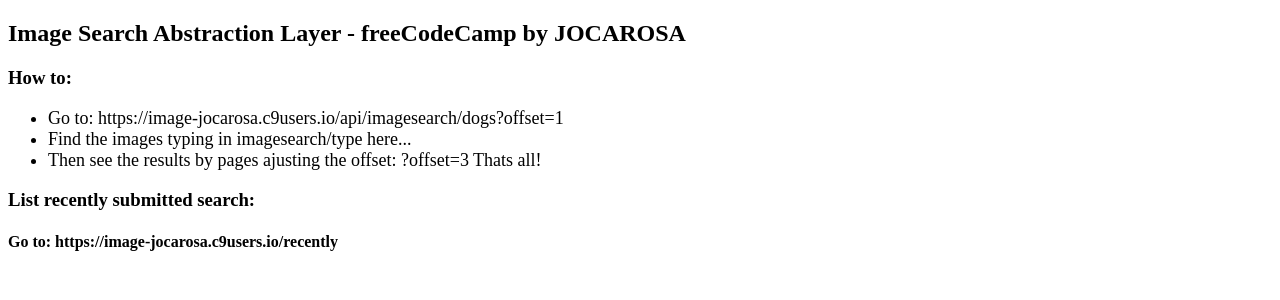
Repository: jocarosa/image_search
Page: public/index.html
The author's editor kept a record of every edit. The page is drawn from the files as they stood at one moment, then again after the next edit.
The browser window is 1280 px wide. The pictures show the whole page.

Above is the page before.

After the next edit:
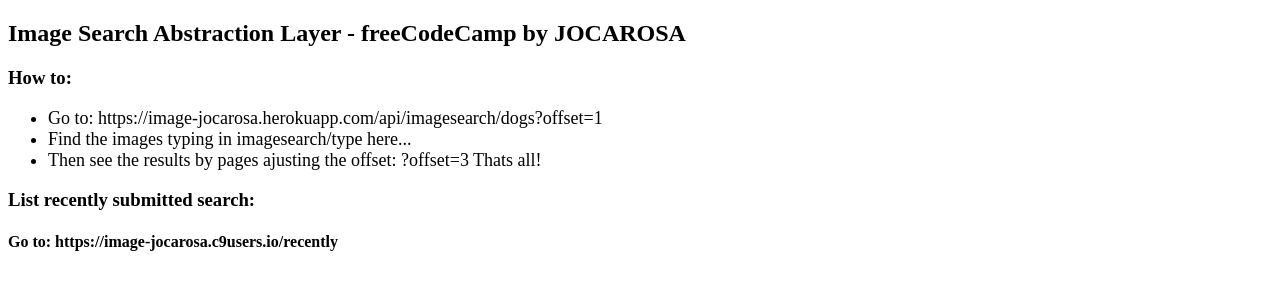
The edit:
--- a/public/index.html
+++ b/public/index.html
@@ -12,7 +12,7 @@
 		<h2>Image Search Abstraction Layer - freeCodeCamp by JOCAROSA</h2>
 			<h3>How to:</h3>
 			<ul>
-				<li>Go to: https://image-jocarosa.c9users.io/api/imagesearch/dogs?offset=1</li>
+				<li>Go to: https://image-jocarosa.herokuapp.com/api/imagesearch/dogs?offset=1</li>
 				<li>Find the images typing in imagesearch/type here...</li>
 				<li>Then see the results by pages ajusting the offset:  ?offset=3  Thats all!</li>
 			</ul>
